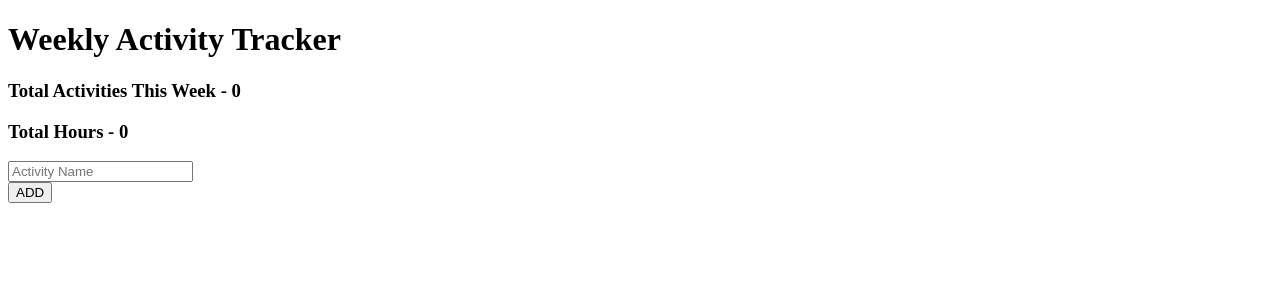
Repository: jenveigel/EventTracker
Page: http://localhost/MVCProject/
An editor plug-in stored every save of this project. The page is shown before and after the next save, followed by the edit.
The browser window is 1280 px wide. The pictures show the whole page.
Some web libraries are served in a nearby version. The page is served by Tomcat 9.

Above is the page before, as saved 2018-01-08 05:58:03.

After the next save:
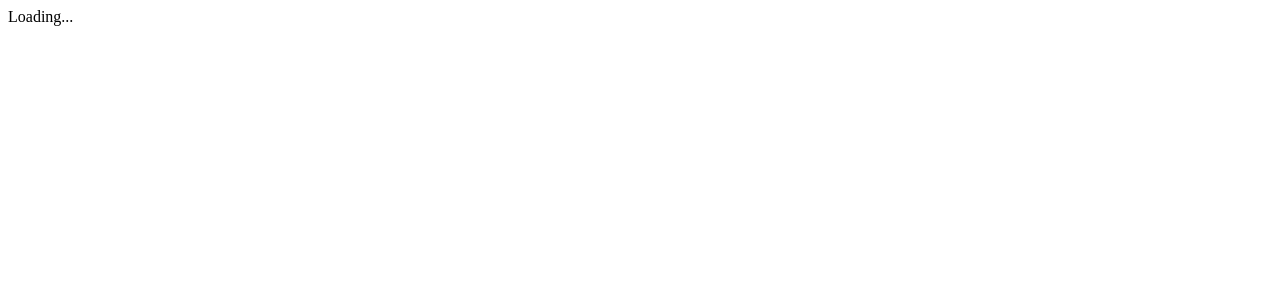
Console error: SyntaxError: Unexpected identifier 'log'
Saved 3 min 11 s later.
--- a/MVCProject/WebContent/app/appModule/activityList/activityList.component.js
+++ b/MVCProject/WebContent/app/appModule/activityList/activityList.component.js
@@ -58,7 +58,8 @@
 			vm.totalHours = function(activity) {
 				var total = 0;
 				for (var i = 0; i < vm.activities.length; i++) {
-					total += activity.duration;
+					console log(vm.activities.length);
+					total += activity.duration(i);
 				}
 				return total;
 			}

After the 3 saves that followed:
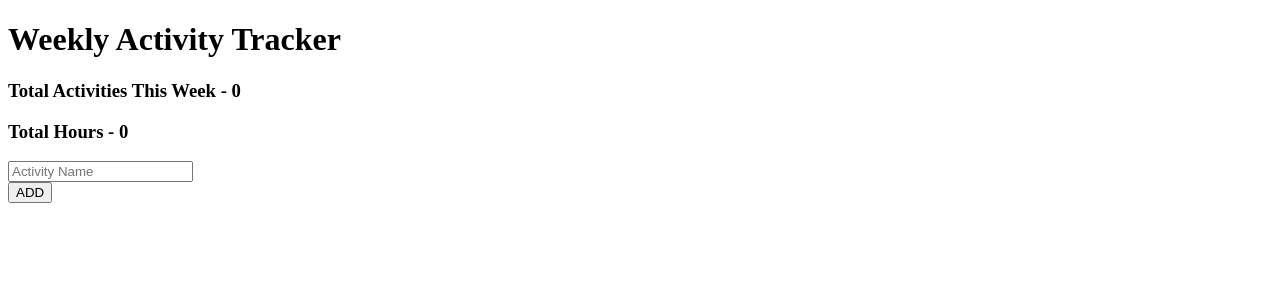
The error is gone.
The 3 saves are shown as one change because 2 left the picture as it was.
The last was saved 102 s later.
--- a/MVCProject/WebContent/app/appModule/activityList/activityList.component.js
+++ b/MVCProject/WebContent/app/appModule/activityList/activityList.component.js
@@ -58,8 +58,8 @@
 			vm.totalHours = function(activity) {
 				var total = 0;
 				for (var i = 0; i < vm.activities.length; i++) {
-					console log(vm.activities.length);
-					total += activity.duration(i);
+
+					total += vm.activities[i].duration;
 				}
 				return total;
 			}
